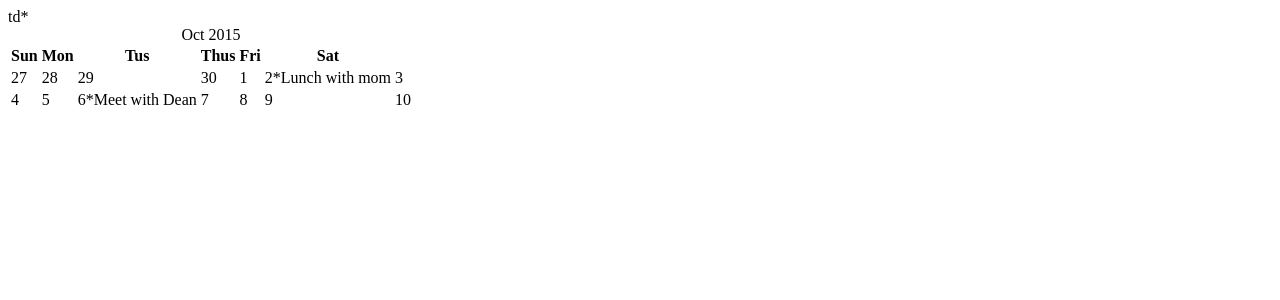
Repository: Tram-anh99/Blockchain_Funix
Page: CSS/lich.html
An editor plug-in stored every save of this project. The page is shown before and after the next save, followed by the edit.
The browser window is 1280 px wide. The pictures show the whole page.

Above is the page before, as saved 2023-02-28 00:52:56.

### CSS/lich.html
<!DOCTYPE html>
<html lang="en">
<head>
      <meta charset="UTF-8">
      <meta http-equiv="X-UA-Compatible" content="IE=edge">
      <meta name="viewport" content="width=device-width, initial-scale=1.0">
      <title>Calendar Table</title>
      <link rel="stylesheet" href="lich.css">
</head>
<body>
      <table class="cal"><caption>
            Oct 2015
      </caption>
      <!-- in đậm dòng -->
<thead>
      <!-- Dòng -->
      <tr>
            <th>Sun</th>
            <th>Mon</th>
            <th>Tus</th>
            <th>Thus</th>
            <th>Fri</th>
            <th>Sat</th>
      </tr>
</thead>
<!-- Phần thân -->
<tbody>
      <!-- Dòng -->
      <tr>
            <td class="old">27</td>
            <td class="old">28</td>
            <td class="old">29</td>
            <td class="old">30</td>
            <td>1</td>
            <td>2*<span>Lunch with mom</span></td>
            <td>3</td>
      </tr>
      <tr>
            <td>4</td>
            <td>5</td>
            <td>6*<span>Meet with Dean</span></td>
            <td>7</td>
            <td>8</td>
            <td>9</td>
            <td>10</td>
      </tr>
      <tr>
            td*
      </tr>
</tbody>
</table>
</body>
</html>

Loaded but not shown: CSS/lich.css (no copy from this time; the picture is the same without it)

After the next save:
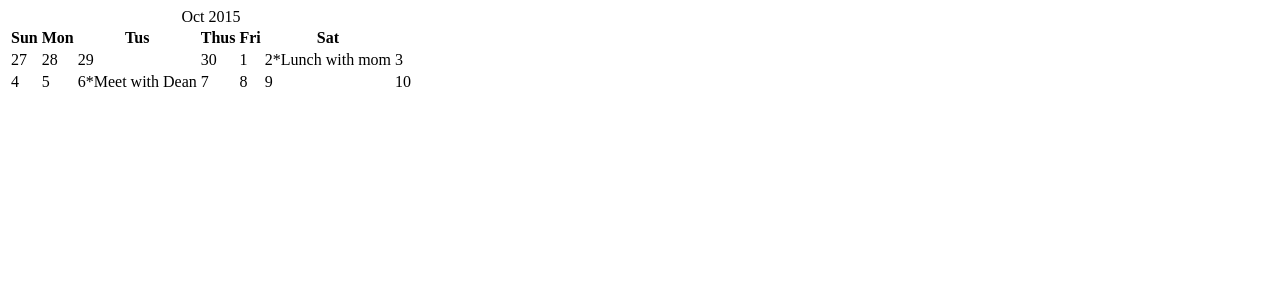
Saved 5 s later.
--- a/CSS/lich.html
+++ b/CSS/lich.html
@@ -45,7 +45,13 @@
             <td>10</td>
       </tr>
       <tr>
-            td*
+            <td></td>
+            <td></td>
+            <td></td>
+            <td></td>
+            <td></td>
+            <td></td>
+            <td></td>
       </tr>
 </tbody>
 </table>
